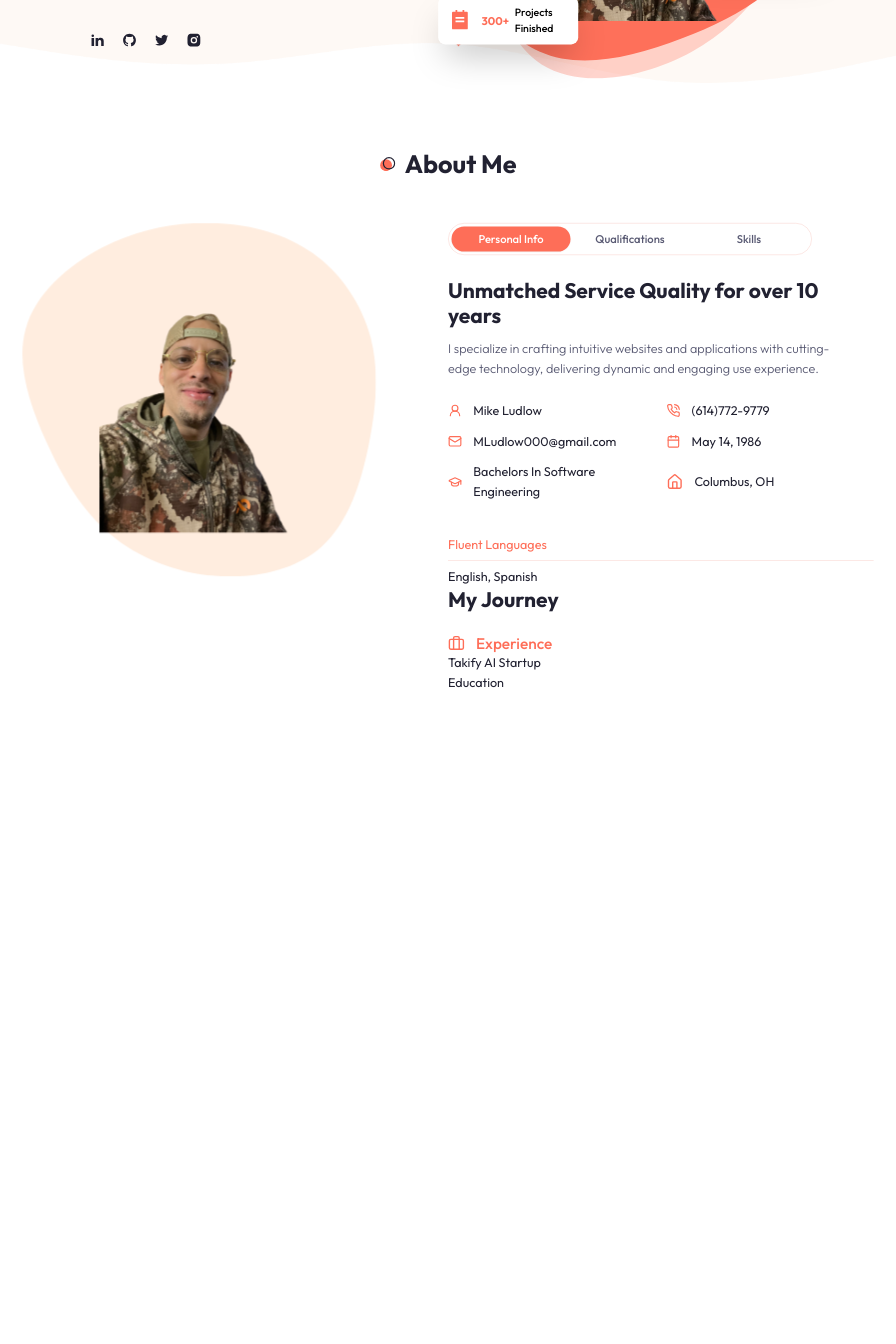
Repository: MikeeBuilds/mike-port
Page: /
The author's editor kept a copy of each file at every save. The page is drawn from the files as they stood at one save, then again after a run of saves.
The browser window is 1280 px wide. The pictures show the part of the page from y = 589 to 2509 px (the page is 5591 px tall), at 70% of full size.
The project was rebuilt for these pictures with package versions that can differ from the ones it lists, and the page was loaded fresh each time. The framework's server and built-in components were replaced by stand-ins that run in the browser. Also part of the build but not shown: next.config.js.

Above is the page before, as saved 2023-11-30 22:16:52.

After the next 2 saves:
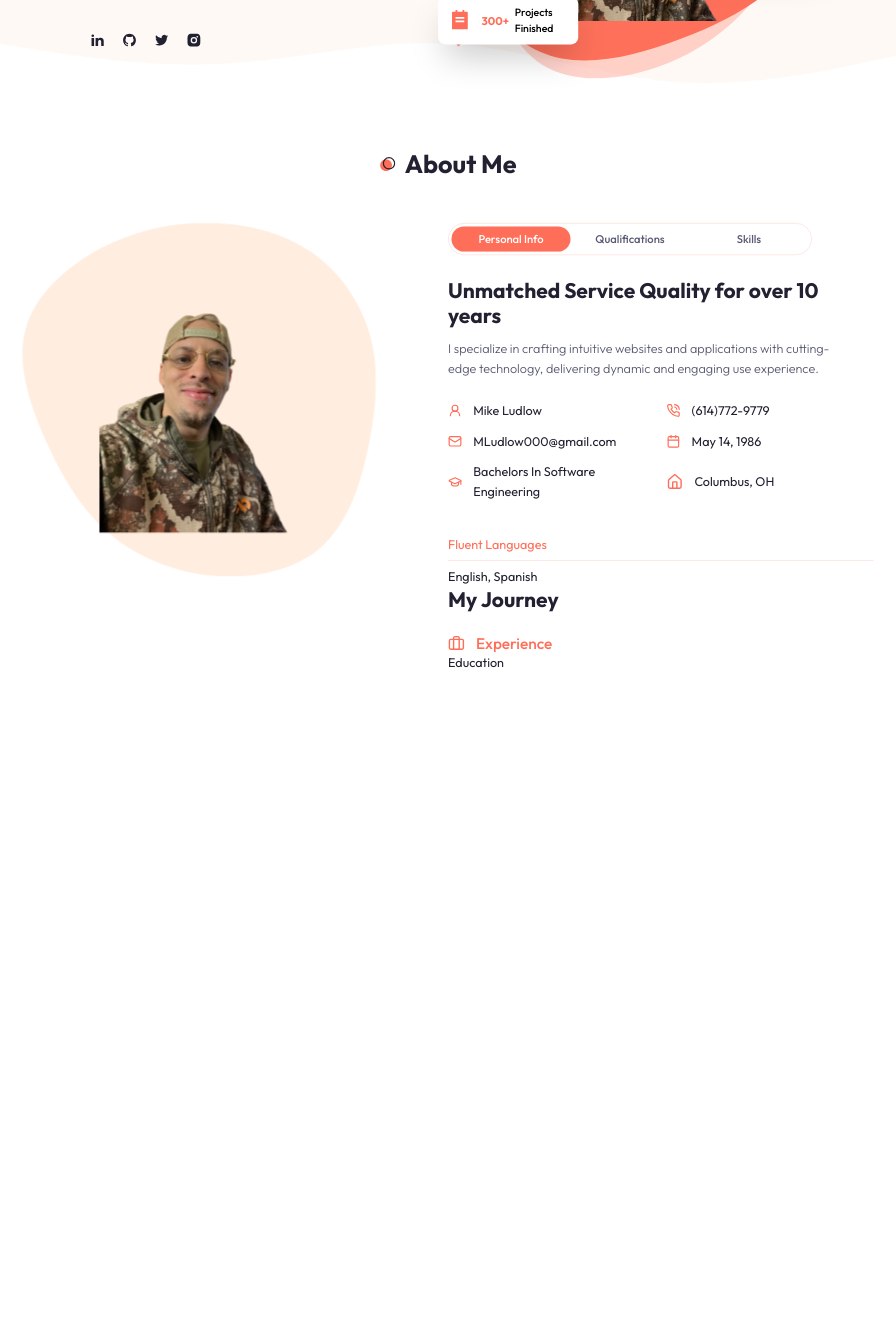
The 2 saves are shown as one change because they came seconds apart.
The last was saved 18 s later.
--- a/components/About.jsx
+++ b/components/About.jsx
@@ -212,7 +212,6 @@
                           return (
                             <div key={index}>
                               <div>
-                              {company}
                               </div>
                             </div>
                           )

After the 2 saves that followed:
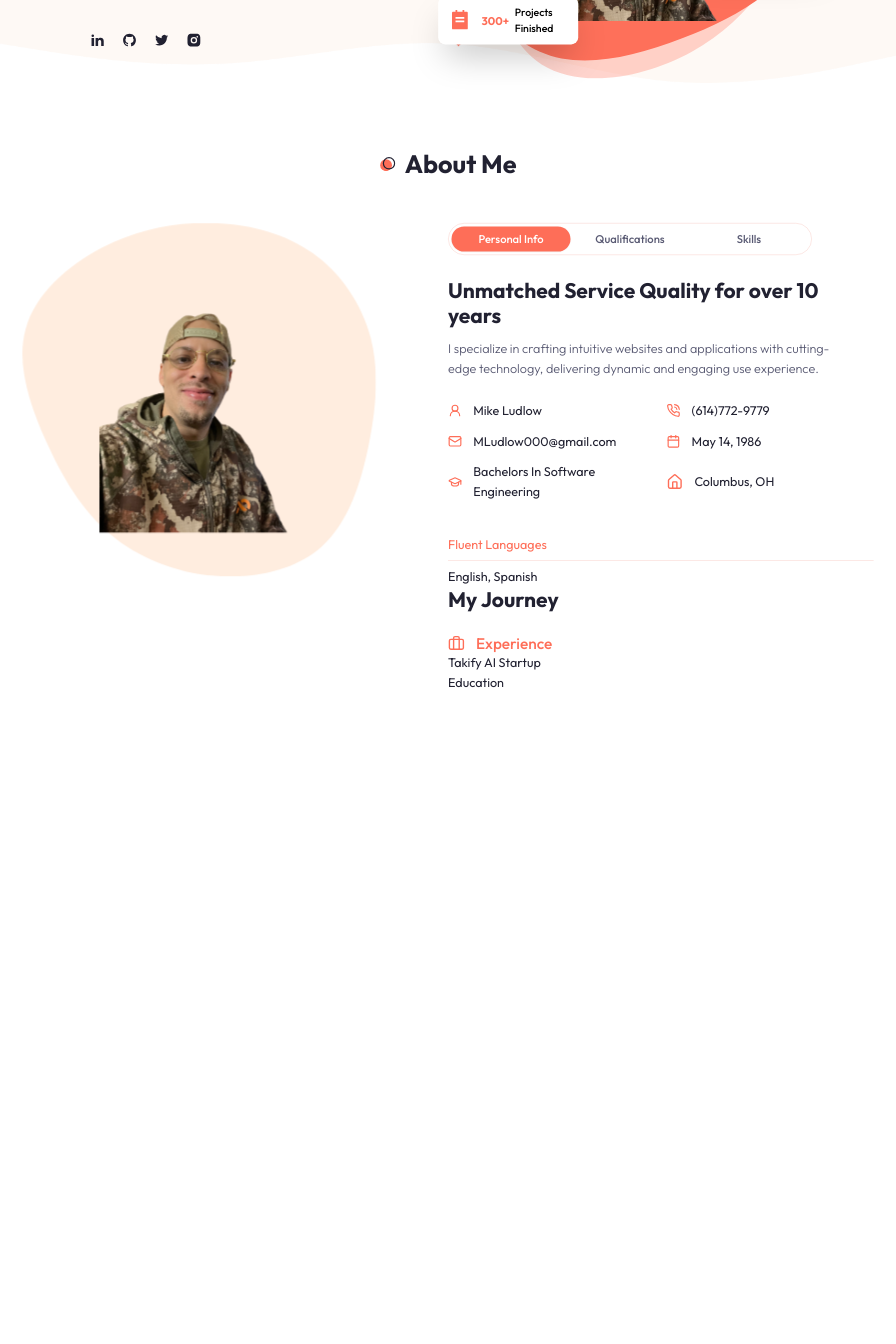
The 2 saves are shown as one change because they came seconds apart.
The last was saved 7 s later.
--- a/components/About.jsx
+++ b/components/About.jsx
@@ -211,8 +211,7 @@
                           const {company, role, years} = item;
                           return (
                             <div key={index}>
-                              <div>
-                              </div>
+                              <div>{company}</div>
                             </div>
                           )
                         })}
